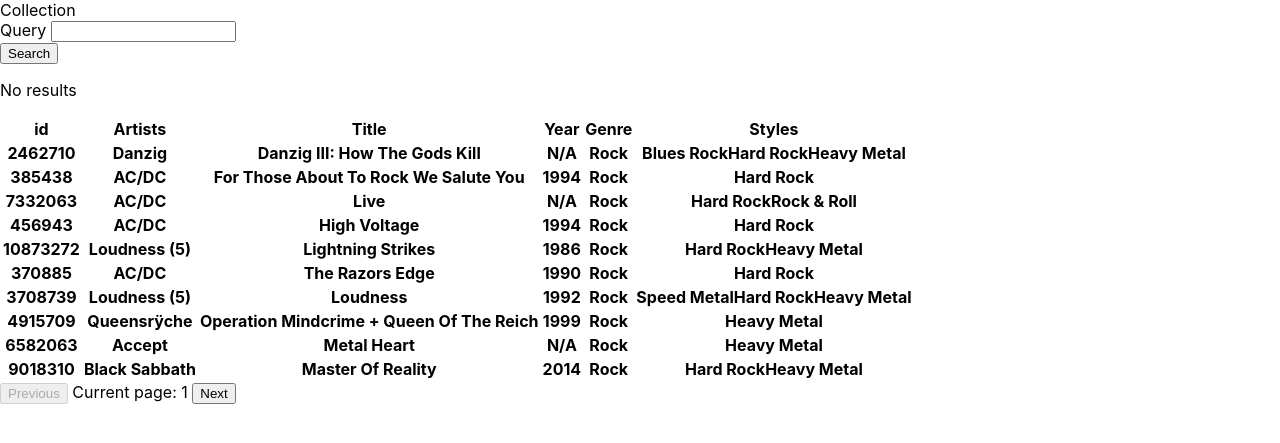
Repository: ivan-baljkas/pristupni_zadatak
Page: / (app in frontend/react-akademija-master/)
These files come from the project's save history. The page is drawn as it stood at one moment and after the next save; the edit follows.
The browser window is 1280 px wide. The pictures show the whole page.
The project was rebuilt for these pictures with package versions that can differ from the ones it lists, and the page was loaded fresh each time.

Above is the page before, as saved 2021-07-21 13:41:46.

After the next save:
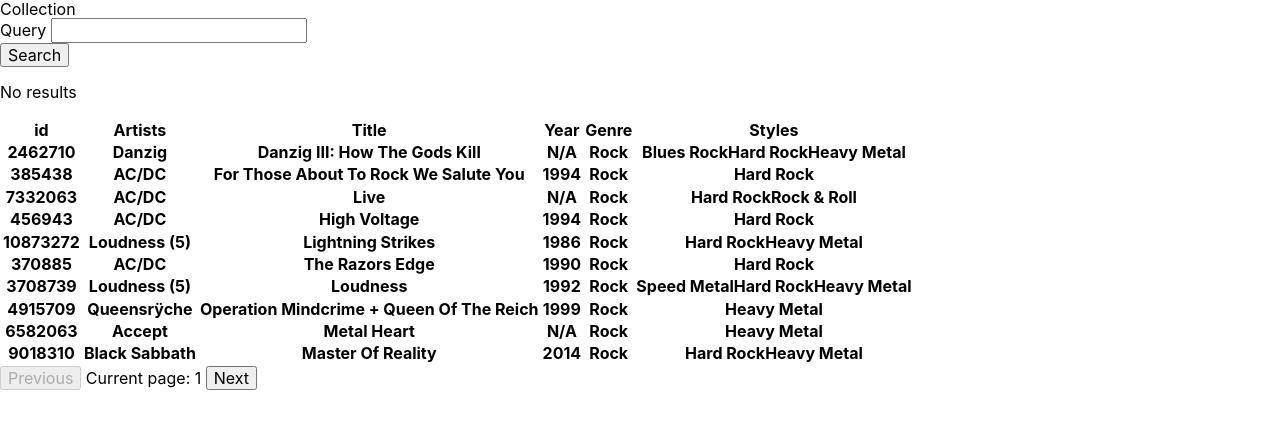
Saved 2 min 48 s later.
--- a/frontend/react-akademija-master/public/index.html
+++ b/frontend/react-akademija-master/public/index.html
@@ -24,6 +24,7 @@
       work correctly both with client-side routing and a non-root public URL.
       Learn how to configure a non-root public URL by running `npm run build`.
     -->
+    <link rel="stylesheet" type="text/css" href="https://cdnjs.cloudflare.com/ajax/libs/normalize/8.0.1/normalize.min.css">
     <title>Ivan Baljkas</title>
   </head>
   <body>

After the save that followed:
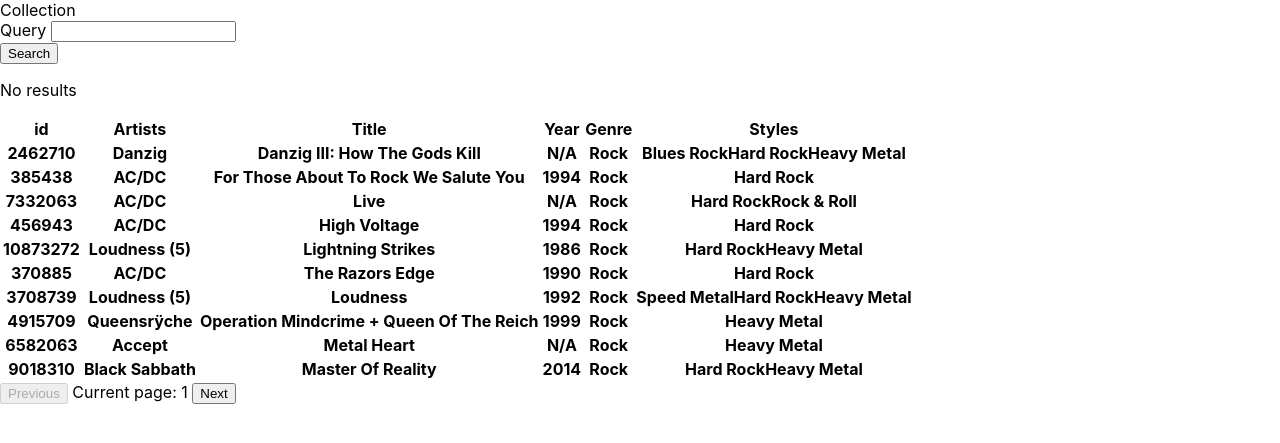
Saved 3 min 31 s later.
--- a/frontend/react-akademija-master/public/index.html
+++ b/frontend/react-akademija-master/public/index.html
@@ -24,7 +24,7 @@
       work correctly both with client-side routing and a non-root public URL.
       Learn how to configure a non-root public URL by running `npm run build`.
     -->
-    <link rel="stylesheet" type="text/css" href="https://cdnjs.cloudflare.com/ajax/libs/normalize/8.0.1/normalize.min.css">
+
     <title>Ivan Baljkas</title>
   </head>
   <body>
